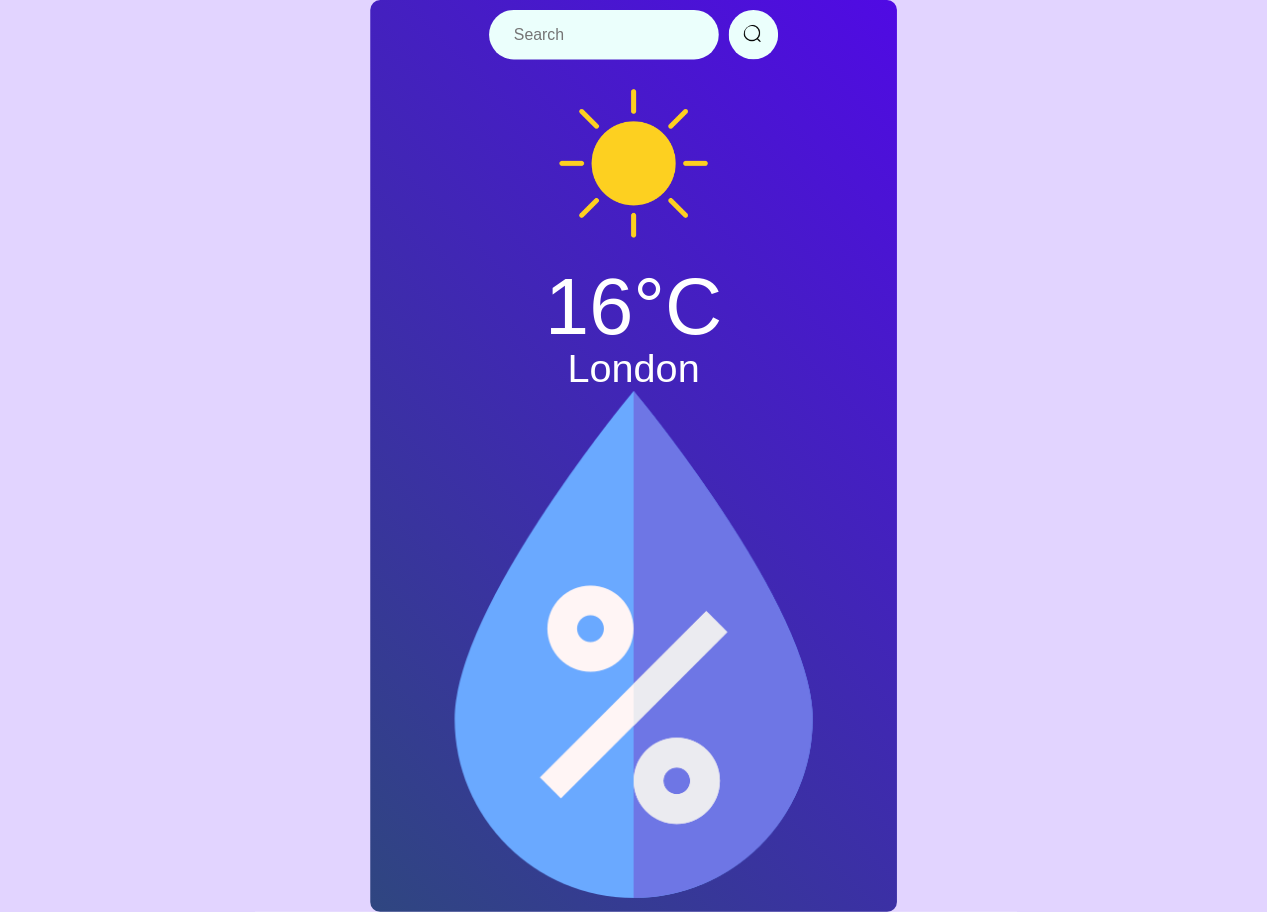
Repository: wakoya-tech/wheather-app
Page: /
These files come from the project's save history. The page is drawn as it stood at one moment and after the next save; the edit follows.
The browser window is 1280 px wide. The pictures show the whole page, at 99% of full size.
The project was rebuilt for these pictures with package versions that can differ from the ones it lists, and the page was loaded fresh each time. Also part of the build but not shown: vite.config.js, src/App.css.

Above is the page before, as saved 2025-10-18 20:24:20.

### index.html
<!DOCTYPE html>
<html lang="en">
  <head>
    <meta charset="UTF-8" />
    <link rel="icon" type="image/svg+xml" href="/vite.svg" />
    <meta name="viewport" content="width=device-width, initial-scale=1.0" />
    <title>Weather App - wakoCode</title>
  </head>
  <body>
    <div id="root"></div>
    <script type="module" src="/src/main.jsx"></script>
  </body>
</html>

### src/App.jsx
import { useState } from 'react'
import Weather from './Components/Weather'

import './App.css'

function App() {
 return(
 <div className='App'>

<Weather/>

 </div>

 )

}

export default App

### src/index.css

*{
    margin: 0;
    padding: 0;
    box-sizing: border-box;
    font-family: "poppins",sans-serif;
}
.App {
    min-height: 100vh;
    display: grid;
    background: #e2d4ff;
}

### src/Components/Weather.jsx
import React from 'react';
import './Weather.css';
import search_icon from '../assets/Search.png';
/*import rain from '../assets/Rain.png';
import cloud from '../assets/Cloud.png';*/
import clear from '../assets/Clear.png';
/*import drizzle from '../assets/Drizzle.png';
import snow from '../assets/Snow.png';
*/
import humidity from '../assets/Humidity.png';

function Weather() {
  return (
    <div className='weather'>
      <div className="search-bar">
        <input type="text" placeholder='Search' />
        <img  src={search_icon} alt="Search" />

      </div>
       <img src={clear} alt="" className='weather-icon'/>
        <p className='temperature'>16°C</p>
        <p className='location'>London</p>
        <div className="weather-data">
          <div className="col">
            <img src={humidity} alt="" />
          </div>
        </div>
    <div/>

    </div>
  );
}
/*https://www.flaticon.com/free-icon/sun_1163662?related_id=1163662&origin=<pack></pack>*/
export default Weather;

### src/Components/Weather.css
.weather{
place-self: center;
padding: 10px;
border-radius: 10px;
background-image: linear-gradient(45deg,#2f4680,#500ae4);
display: flex;
flex-direction: column;
align-items: center;
}
.search-bar{
    display: flex;
    align-items: center;
    gap: 10px;
}
.search-bar input{
   height: 50px;
    font-size: 16px;
    border-radius: 40px;
    padding-left: 25px;
    border: none;
    outline: none;
    color: #626262;
    background: #ebfffc;
}
.search-bar img{
  width: 50px;
  padding: 15px;
    border-radius: 50%;
    background: #ebfffc;
  cursor: pointer;
}
.weather-icon {
    width: 150px;
    margin: 30px 0;
}
.temperature{
    color: #fff;
    font-size: 80px;
    line-height: 1;
}
.location{
    color: #fff;
    font-size: 40px;
}

Loaded but not shown: src/main.jsx (common file)

After the next save:
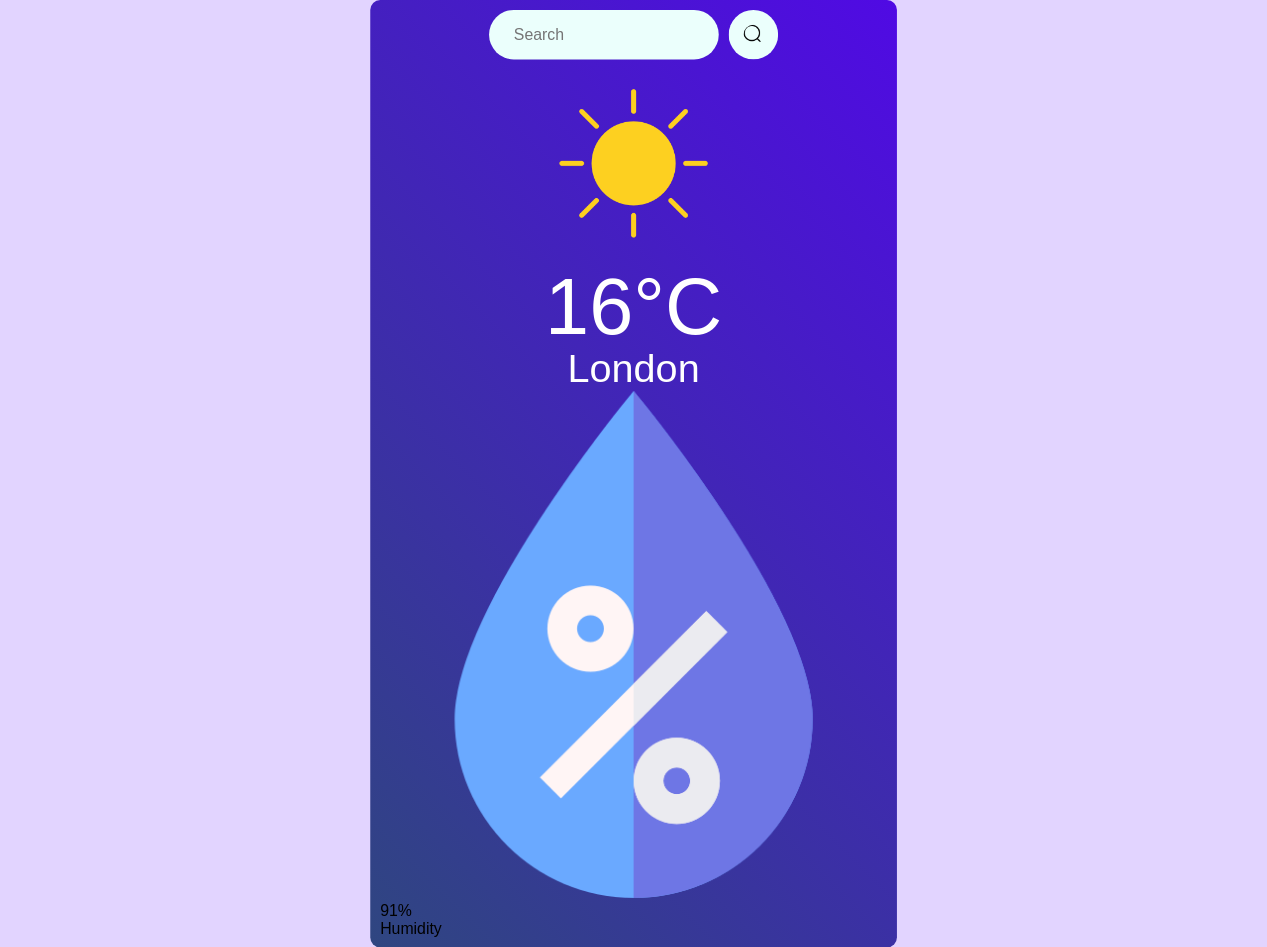
Saved 3 min 26 s later.
--- a/src/Components/Weather.jsx
+++ b/src/Components/Weather.jsx
@@ -23,6 +23,10 @@ function Weather() {
         <div className="weather-data">
           <div className="col">
             <img src={humidity} alt="" />
+            <div>
+              <p>91%</p>
+              <span>Humidity</span>
+            </div>
           </div>
         </div>
     <div/>
